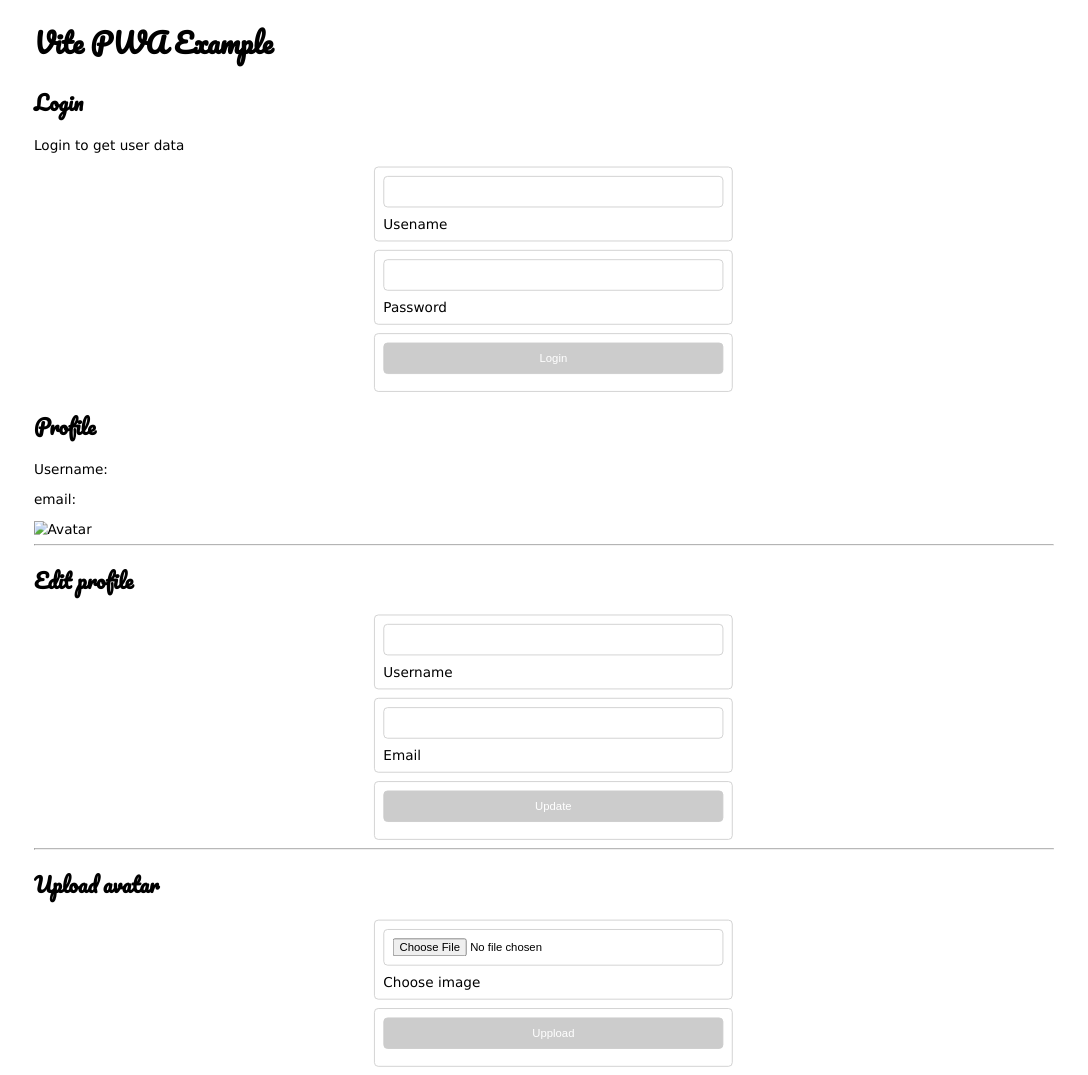
Repository: Elliriskala/Vite-PWA
Page: /
The author's editor kept a copy of each file at every save. The page is drawn from the files as they stood at one save, then again after the next save.
The browser window is 1280 px wide. The pictures show the whole page, at 85% of full size.
The project was rebuilt for these pictures with package versions that can differ from the ones it lists, and the page was loaded fresh each time. Also part of the build but not shown: vite.config.ts.

Above is the page before, as saved 2024-10-03 11:57:16.

### index.html
<!doctype html>
<html lang="en">

<head>
  <meta charset="UTF-8" />
  <link rel="icon" type="image/svg+xml" href="/app-icon.svg" />
  <link href="main.css" rel="stylesheet">
  <meta name="viewport" content="width=device-width, initial-scale=1.0" />
  <meta name="description" content="Example Vite PWA">
  <link rel="apple-touch-icon" href="/icons/icon-192x192.png" sizes="192x192">
  <meta name="theme-color" content="#ffffff">
  <meta name="apple-mobile-web-app-status-bar-style" content="black-translucent">
  <script type="module" src="/src/main.ts"></script>
  <title>Vite + TS</title>
</head>

<body>
  <div class="container">
    <h1>Vite PWA Example</h1>
    <section id="login">
      <h2>Login</h2>
      <p>Login to get user data</p>
      <form id="login-form">
        <div class="form-control">
          <input id="username" type="text" name="username">
          <label for="username">Usename</label>
        </div>
        <div class="form-control">
          <input id="password" type="password" name="password">
          <label for="password">Password</label>
        </div>
        <div class="form-control">
          <input type="submit" value="Login" class="button">
        </div>
      </form>
    </section>
    <section id="profile">
      <h2>Profile</h2>
      <p>Username: <span id="username-target"></span></p>
      <p>email: <span id="email-target"></span></p>
      <img id="avatar-target" src="" alt="Avatar">
      <hr>
      <h2>Edit profile</h2>
      <form id="profile-form">
        <div class="form-control">
          <input id="profile-username" type="text" name="username">
          <label for="profile-username">Username</label>
        </div>
        <div class="form-control">
          <input id="profile-email" type="email" name="email">
          <label for="profile-email">Email</label>
        </div>
        <div class="form-control">
          <input type="submit" value="Update" class="button">
        </div>
      </form>
      <hr>
      <h2>Upload avatar</h2>
      <form id="avatar-form">
        <div class="form-control">
          <input id="avatar" type="file" name="avatar">
          <label for="avatar">Choose image</label>
        </div>
        <div class="form-control">
          <input type="submit" value="Uppload" class="button">
        </div>
      </form>
    </section>
  </div>
</body>

</html>

### src/main.ts
import {fetchData} from './functions';
import {UpdateResult} from './interfaces/UpdateResult';
import {UploadResult} from './interfaces/UploadResult';
import {LoginUser, UpdateUser, User} from './interfaces/User';
import {apiUrl, uploadUrl} from './variables';

// PWA code

// select forms from the DOM
const loginForm = document.querySelector(
  '#login-form'
) as HTMLFormElement | null;
const profileForm = document.querySelector(
  '#profile-form'
) as HTMLFormElement | null;
const avatarForm = document.querySelector(
  '#avatar-form'
) as HTMLFormElement | null;

// select inputs from the DOM
const usernameInput = document.querySelector(
  '#username'
) as HTMLInputElement | null;
const passwordInput = document.querySelector(
  '#password'
) as HTMLInputElement | null;

const profileUsernameInput = document.querySelector(
  '#profile-username'
) as HTMLInputElement | null;
const profileEmailInput = document.querySelector(
  '#profile-email'
) as HTMLInputElement | null;

// select profile elements from the DOM
const usernameTarget = document.querySelector(
  '#username-target'
) as HTMLSpanElement | null;
const emailTarget = document.querySelector(
  '#email-target'
) as HTMLSpanElement | null;
const avatarTarget = document.querySelector(
  '#avatar-target'
) as HTMLImageElement | null;

// logout button
const logoutButton = document.querySelector(
  '#logout'
) as HTMLButtonElement | null;

logoutButton?.addEventListener('click', () => {
  localStorage.removeItem('token');
  if (!emailTarget || !usernameTarget || !avatarTarget) {
    return;
  }
  emailTarget.innerText = '';
  usernameTarget.innerText = '';
  avatarTarget.src = '';
});

const newError = (message: string): void => {
  alert(message);
  console.error(message);
};

// function to login
const login = async (): Promise<LoginUser> => {
  if (!usernameInput || !passwordInput) {
    throw new Error('Element not found');
  }
  const username = usernameInput.value;
  const password = passwordInput.value;

  const data = {
    username,
    password,
  };

  const options: RequestInit = {
    method: 'POST',
    headers: {
      'Content-Type': 'application/json',
    },
    body: JSON.stringify(data),
  };

  const result = await fetchData<LoginUser>(apiUrl + '/auth/login', options);
  return result;
};

// function to update user data
const updateUserData = async (
  user: UpdateUser,
  token: string
): Promise<UpdateResult> => {
  const options: RequestInit = {
    method: 'PUT',
    headers: {
      'Content-Type': 'application/json',
      Authorization: 'Bearer ' + token,
    },
    body: JSON.stringify(user),
  };

  try {
    const updateResult = await fetchData<UpdateResult>(
      apiUrl + '/users',
      options
    );
    return updateResult;
  } catch (error) {
    newError((error as Error).message);
    throw error;
  }
};

// function to add userdata (email, username and avatar image) to the
// Profile DOM and Edit Profile Form
const addUserDataToDom = (user: User): void => {
  if (!usernameTarget || !emailTarget || !avatarTarget) {
    newError('Failed to update profile elements');
    return;
  }
  emailTarget.innerText = user.email;
  usernameTarget.innerText = user.username;
  avatarTarget.src = uploadUrl + user.avatar;
};

// function to get userdata from API using token

const getUserData = async (token: string): Promise<User> => {
  const options: RequestInit = {
    headers: {
      Authorization: 'Bearer ' + token,
    },
  };

  return await fetchData<User>(apiUrl + '/users/token', options);
};

// function to check local storage for token and if it exists fetch
// userdata with getUserData then update the DOM with addUserDataToDom

const checkToken = async (): Promise<void> => {
  const token = localStorage.getItem('token');
  if (!token) {
    console.log('No token found');
    return;
  }

  const user = await getUserData(token);
  addUserDataToDom(user);
};

// call checkToken on page load to check if token exists and update the DOM
checkToken();

// login form event listener
// event listener should call login function and save token to local storage
// then call addUserDataToDom to update the DOM with the user data

if (loginForm) {
  loginForm.addEventListener('submit', async (evt) => {
    evt.preventDefault();
    try {
      const loginResult = await login();
      console.log(loginResult);
      localStorage.setItem('token', loginResult.token);
      addUserDataToDom(loginResult.data);
    } catch (error) {
      newError((error as Error).message);
    }
  });
}

// profile form event listener
// event listener should call updateUserData function and update the DOM with
// the user data by calling addUserDataToDom or checkToken

if (profileForm) {
  profileForm.addEventListener('submit', async (evt) => {
    try {
      evt.preventDefault();

      const token = localStorage.getItem('token');
      if (!token) {
        newError('Token not found');
        return;
      }

      if (!profileUsernameInput || !profileEmailInput) {
        throw new Error('Element not found');
      }

      const username = profileUsernameInput.value;
      const email = profileEmailInput.value;

      const data = {
        username,
        email,
      };

      const userResponse = await updateUserData(data, token);
      addUserDataToDom(userResponse.data);
      alert('Profile updated');
    } catch (error) {
      newError((error as Error).message);
    }
  });
}

// avatar form event listener
// event listener should upload Avatar and update the DOM with
// the user data by calling addUserDataToDom or checkToken
if (avatarForm) {
  avatarForm.addEventListener('submit', async (evt) => {
    evt.preventDefault();
    const token = localStorage.getItem('token');
    if (!token) {
      newError('Token not found');
      return;
    }

    const fd = new FormData(avatarForm);

    const options: RequestInit = {
      method: 'POST',
      headers: {
        Authorization: 'Bearer ' + token,
      },
      body: fd,
    };

    try {
      const uploadResult = await fetchData<UploadResult>(
        apiUrl + '/users/avatar',
        options
      );
      console.log(uploadResult);
      if (uploadResult) {
        await checkToken();
      } else {
        newError('Failed to upload avatar');
      }
    } catch (error) {
      newError((error as Error).message);
    }
  });
}

### src/functions.ts
const fetchData = async <T>(
  url: string,
  options: RequestInit = {}
): Promise<T> => {
  const response = await fetch(url, options);
  const json = await response.json();
  if (!response.ok) {
    throw new Error(json.message);
  }
  return json;
};

export {fetchData};

### src/variables.ts
const apiUrl = 'https://media1.edu.metropolia.fi/restaurant/api/v1';
const uploadUrl = 'https://media1.edu.metropolia.fi/restaurant/uploads/';

export {apiUrl, uploadUrl};

### public/main.css
@font-face {
  font-family: 'Pacifico';
  src: url('./Pacifico-Regular.ttf') format('truetype');
}

body {
  font-family: 'Verdana', sans-serif;
}

h1,
h2,
h3,
h4,
h5,
h6 {
  font-family: 'Pacifico', cursive;
}

.container {
  max-width: 1200px;
  margin: 0 auto;
  padding: 0 2rem;
}

form {
  margin: 0 auto;
  max-width: 400px;
}

input {
  display: block;
  width: 100%;
  padding: 10px;
  margin-bottom: 10px;
  border: 1px solid #ccc;
  border-radius: 5px;
  box-sizing: border-box;
}

.button {
  display: block;
  width: 100%;
  padding: 10px;
  margin-bottom: 10px;
  border: 1px solid #ccc;
  border-radius: 5px;
  background-color: #ccc;
  color: #fff;
  cursor: pointer;
}

.form-control {
  display: block;
  width: 100%;
  padding: 10px;
  margin-bottom: 10px;
  border: 1px solid #ccc;
  border-radius: 5px;
}

#avatar-target {
  max-width: 100%;
  height: auto;
}

After the next save:
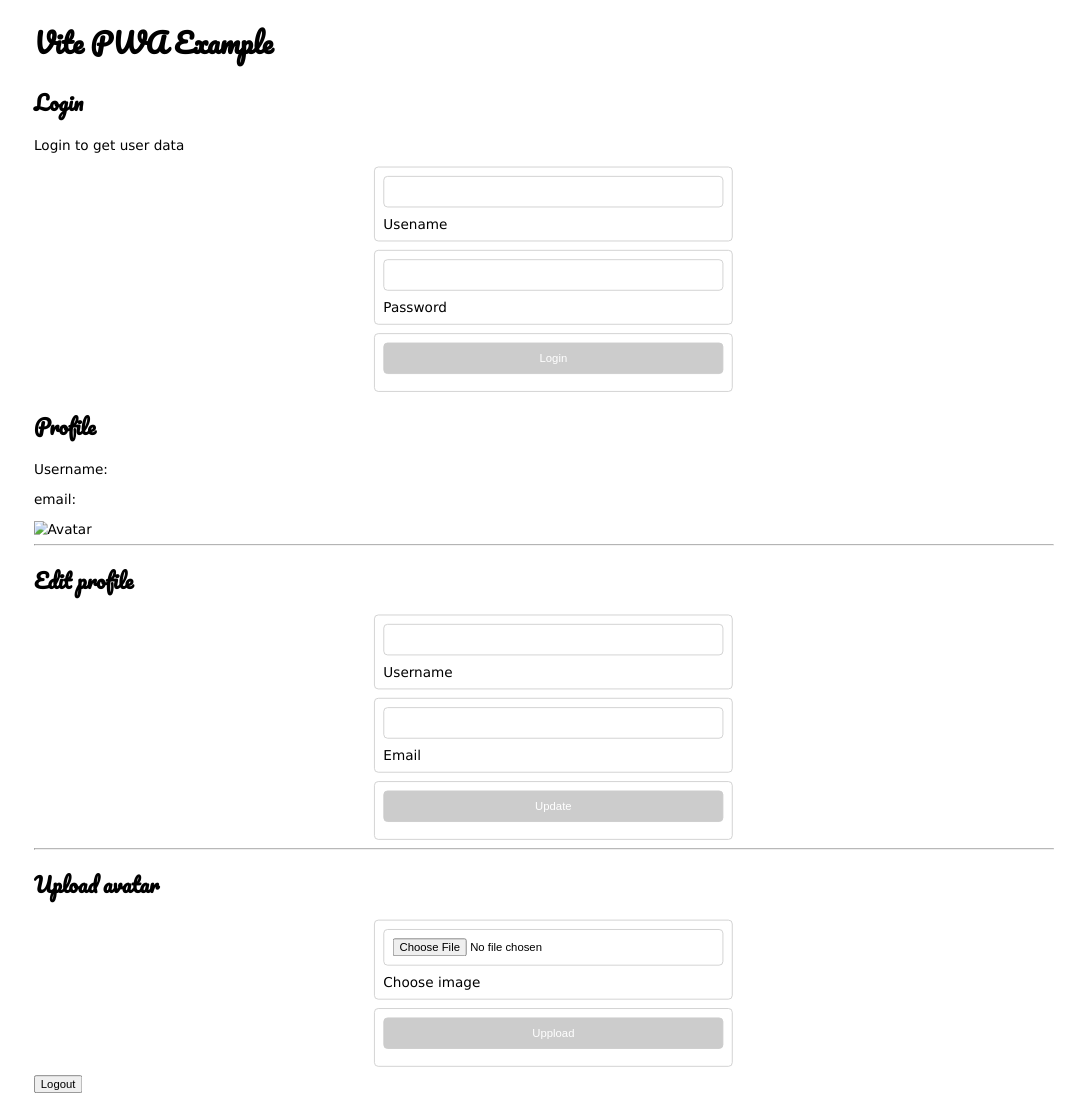
Saved 17 s later.
--- a/index.html
+++ b/index.html
@@ -66,6 +66,9 @@
         </div>
       </form>
     </section>
+    <div>
+      <button id="logout">Logout</button>
+    </div>
   </div>
 </body>
 
